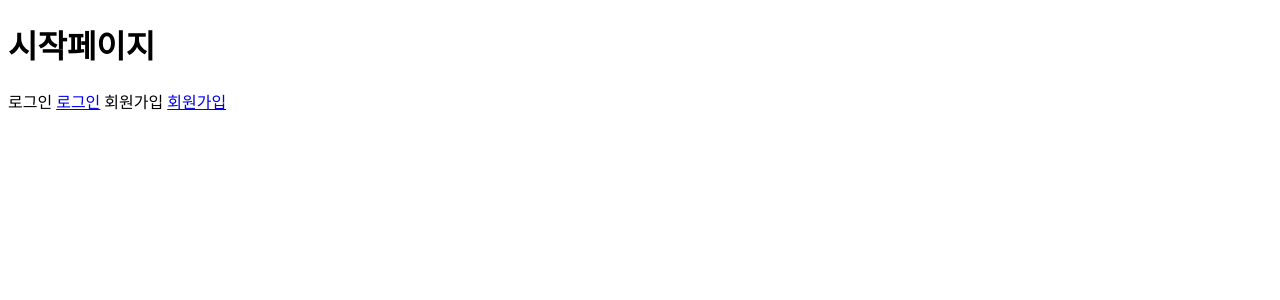
Repository: shinyunseok/portfolio1
Page: portfolio/src/main/resources/static/index.html
The author's editor kept a copy of each file at every save. The page is drawn from the files as they stood at one save, then again after the next save.
The browser window is 1280 px wide. The pictures show the whole page.

Above is the page before, as saved 2023-05-24 07:45:12.

After the next save:
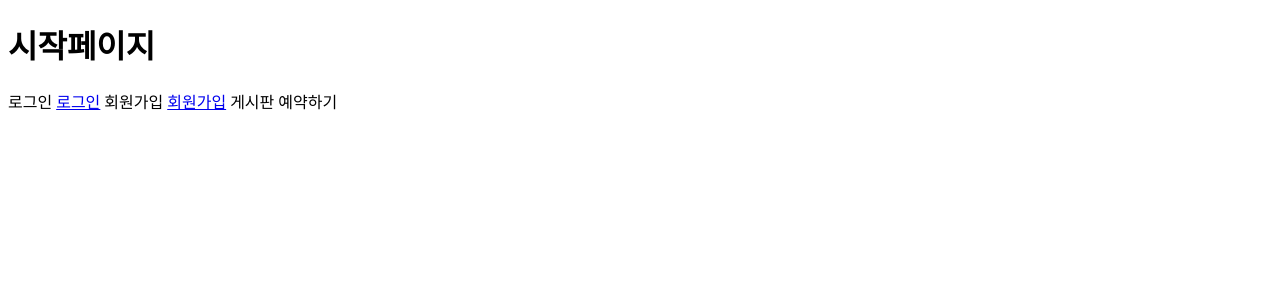
Saved 3 min 51 s later.
--- a/portfolio/src/main/resources/static/index.html
+++ b/portfolio/src/main/resources/static/index.html
@@ -9,5 +9,7 @@
 
 	로그인 <a href="login.do">로그인</a>
 	회원가입 <a href="insertUser.do">회원가입</a>
+	게시판 <a></a>
+	예약하기 <a></a>
 </body>
 </html>
